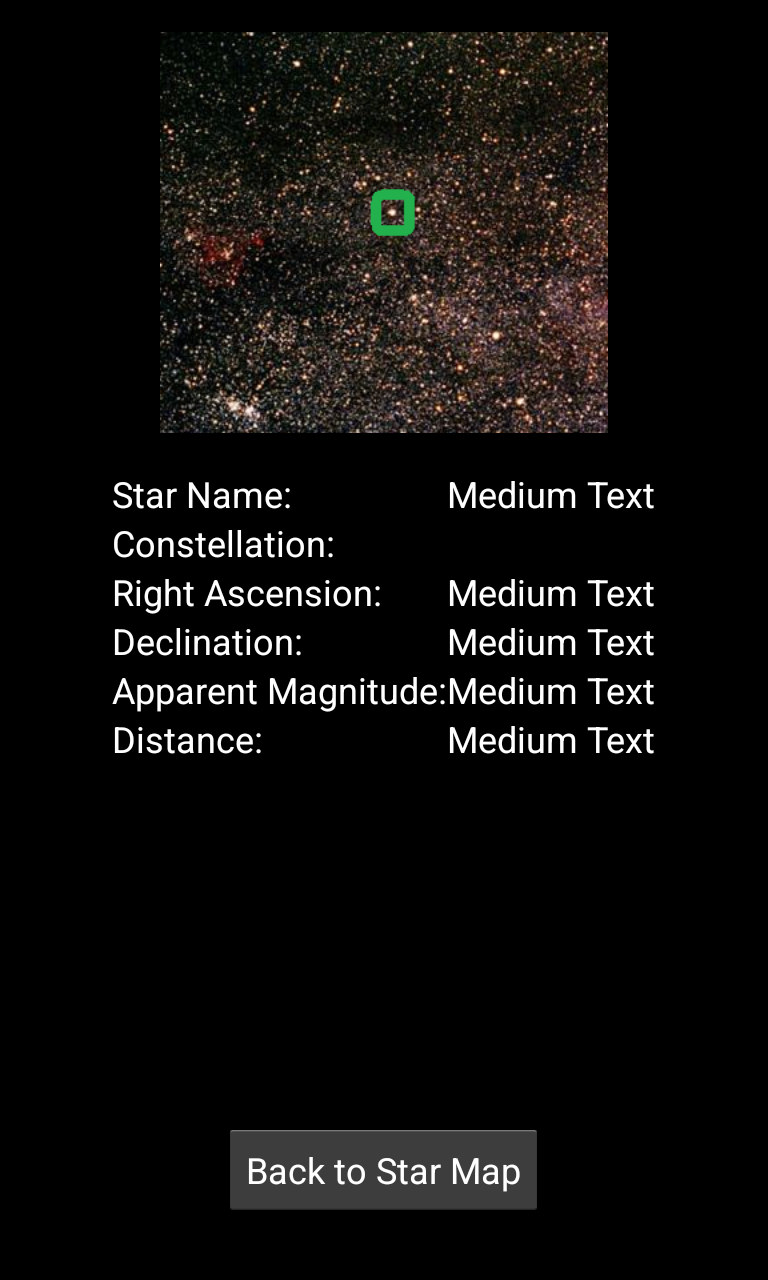
Repository: MoffMade/CSCE315-Android-App
Layout: Constellation Explorer Eclipse Project/Constellation Explorer/res/layout/activity_star_data.xml
An editor plug-in stored every save of this project. The layout is shown before and after the next save, followed by the edit.
It is drawn on a 768 x 1280 px phone screen (xhdpi) without system bars, with theme AppTheme; the app's code is not run.

Above is the layout before, as saved 2013-11-12 03:52:53.

After the next save:
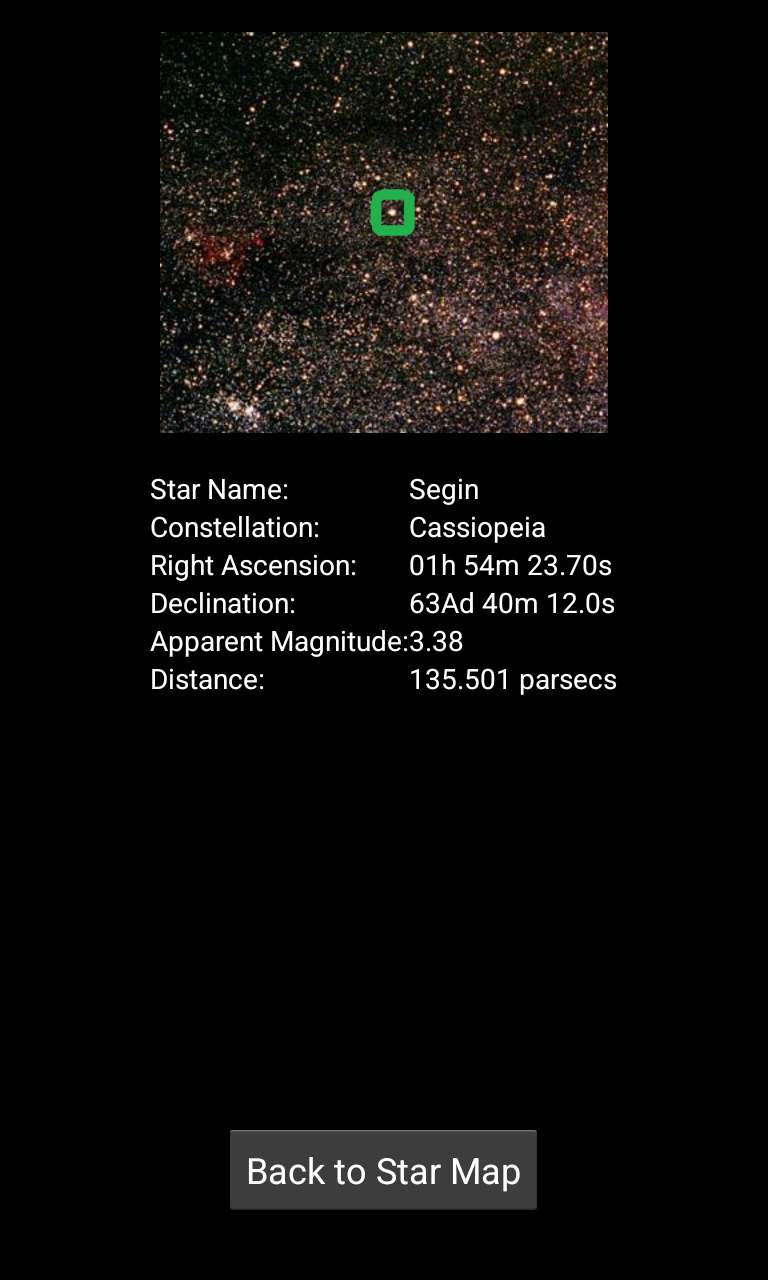
Saved 2 min 32 s later.
--- a/Constellation Explorer Eclipse Project/Constellation Explorer/res/layout/activity_star_data.xml
+++ b/Constellation Explorer Eclipse Project/Constellation Explorer/res/layout/activity_star_data.xml
@@ -27,15 +27,15 @@
                 android:layout_width="wrap_content"
                 android:layout_height="wrap_content"
                 android:text="@string/star_name_tag"
-                android:textAppearance="?android:attr/textAppearanceMedium"
+                android:textAppearance="?android:attr/textAppearanceSmall"
                 android:textColor="@color/main_menu_text_color" />
 
             <TextView
                 android:id="@+id/textView12"
                 android:layout_width="wrap_content"
                 android:layout_height="wrap_content"
-                android:text="Medium Text"
-                android:textAppearance="?android:attr/textAppearanceMedium"
+                android:text="Segin"
+                android:textAppearance="?android:attr/textAppearanceSmall"
                 android:textColor="@color/main_menu_text_color" />
 
         </TableRow>
@@ -50,15 +50,15 @@
                 android:layout_width="wrap_content"
                 android:layout_height="wrap_content"
                 android:text="@string/constellation_tag"
-                android:textAppearance="?android:attr/textAppearanceMedium"
+                android:textAppearance="?android:attr/textAppearanceSmall"
                 android:textColor="@color/main_menu_text_color" />
 
             <TextView
                 android:id="@+id/textView6"
                 android:layout_width="wrap_content"
                 android:layout_height="wrap_content"
-                android:text=""
-                android:textAppearance="?android:attr/textAppearanceMedium"
+                android:text="Cassiopeia"
+                android:textAppearance="?android:attr/textAppearanceSmall"
                 android:textColor="@color/main_menu_text_color" />
 
         </TableRow>
@@ -73,15 +73,15 @@
                 android:layout_width="wrap_content"
                 android:layout_height="wrap_content"
                 android:text="@string/right_ascension_tag"
-                android:textAppearance="?android:attr/textAppearanceMedium"
+                android:textAppearance="?android:attr/textAppearanceSmall"
                 android:textColor="@color/main_menu_text_color" />
 
             <TextView
                 android:id="@+id/textView7"
                 android:layout_width="wrap_content"
                 android:layout_height="wrap_content"
-                android:text="Medium Text"
-                android:textAppearance="?android:attr/textAppearanceMedium"
+                android:text="01h 54m 23.70s"
+                android:textAppearance="?android:attr/textAppearanceSmall"
                 android:textColor="@color/main_menu_text_color" />
 
         </TableRow>
@@ -96,15 +96,15 @@
                 android:layout_width="wrap_content"
                 android:layout_height="wrap_content"
                 android:text="@string/declination_tag"
-                android:textAppearance="?android:attr/textAppearanceMedium"
+                android:textAppearance="?android:attr/textAppearanceSmall"
                 android:textColor="@color/main_menu_text_color" />
 
             <TextView
                 android:id="@+id/textView8"
                 android:layout_width="wrap_content"
                 android:layout_height="wrap_content"
-                android:text="Medium Text"
-                android:textAppearance="?android:attr/textAppearanceMedium"
+                android:text="63Ad 40m 12.0s"
+                android:textAppearance="?android:attr/textAppearanceSmall"
                 android:textColor="@color/main_menu_text_color" />
 
         </TableRow>
@@ -119,15 +119,15 @@
                 android:layout_width="wrap_content"
                 android:layout_height="wrap_content"
                 android:text="@string/magnitude_tag"
-                android:textAppearance="?android:attr/textAppearanceMedium"
+                android:textAppearance="?android:attr/textAppearanceSmall"
                 android:textColor="@color/main_menu_text_color" />
 
             <TextView
                 android:id="@+id/textView9"
                 android:layout_width="wrap_content"
                 android:layout_height="wrap_content"
-                android:text="Medium Text"
-                android:textAppearance="?android:attr/textAppearanceMedium"
+                android:text="3.38"
+                android:textAppearance="?android:attr/textAppearanceSmall"
                 android:textColor="@color/main_menu_text_color" />
 
         </TableRow>
@@ -142,15 +142,15 @@
                 android:layout_width="wrap_content"
                 android:layout_height="wrap_content"
                 android:text="@string/distance_tag"
-                android:textAppearance="?android:attr/textAppearanceMedium"
+                android:textAppearance="?android:attr/textAppearanceSmall"
                 android:textColor="@color/main_menu_text_color" />
 
             <TextView
                 android:id="@+id/textView10"
                 android:layout_width="wrap_content"
                 android:layout_height="wrap_content"
-                android:text="Medium Text"
-                android:textAppearance="?android:attr/textAppearanceMedium"
+                android:text="135.501 parsecs"
+                android:textAppearance="?android:attr/textAppearanceSmall"
                 android:textColor="@color/main_menu_text_color" />
 
         </TableRow>
@@ -173,6 +173,7 @@
         android:layout_centerHorizontal="true"
         android:layout_marginBottom="15dp"
         android:text="@string/back_to_star_map"
-        android:textColor="@color/main_menu_text_color" />
+        android:textColor="@color/main_menu_text_color"
+        android:onClick="openStarMap" />
 
 </RelativeLayout>
